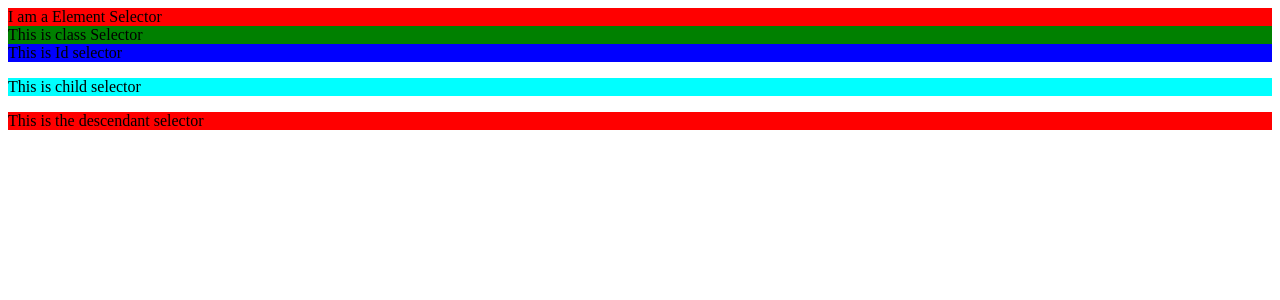
Repository: diensy/Web_dev
Page: first.css/selector.html
An editor plug-in stored every save of this project. The page is shown before and after a run of saves, followed by the edit.
The browser window is 1280 px wide. The pictures show the whole page.

Above is the page before, as saved 2024-05-17 23:25:51.

After the next 4 saves:
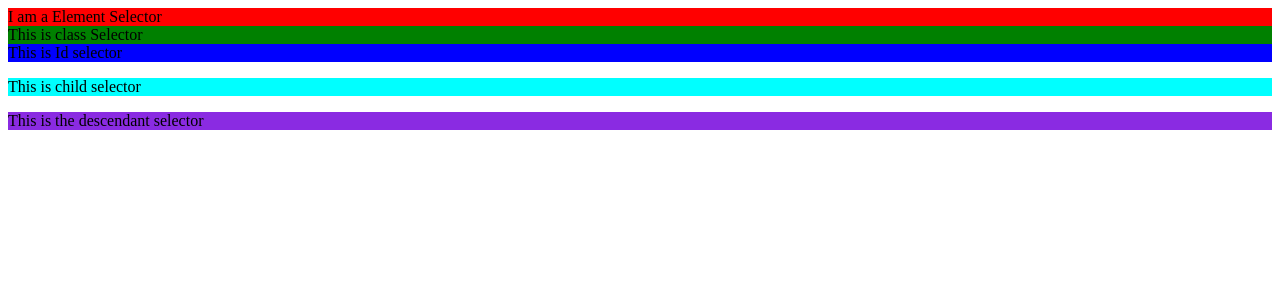
The 4 saves are shown as one change because they came seconds apart.
The last was saved 19 s later.
--- a/first.css/selector.html
+++ b/first.css/selector.html
@@ -22,7 +22,9 @@
         background-color: aqua;
       }
       /* Descendant selector */
-
+      div p {
+        background-color: blueviolet;
+      }
     </style>
   </head>
   <body>
@@ -31,9 +33,9 @@
     <div id="blue">This is Id selector</div>
     <span><p>This is child selector</p></span>
     <div>
-        <article>
-            <p>This is the descendant selector</p>
-        </article>
+      <article>
+        <p>This is the descendant selector</p>
+      </article>
     </div>
   </body>
 </html>
